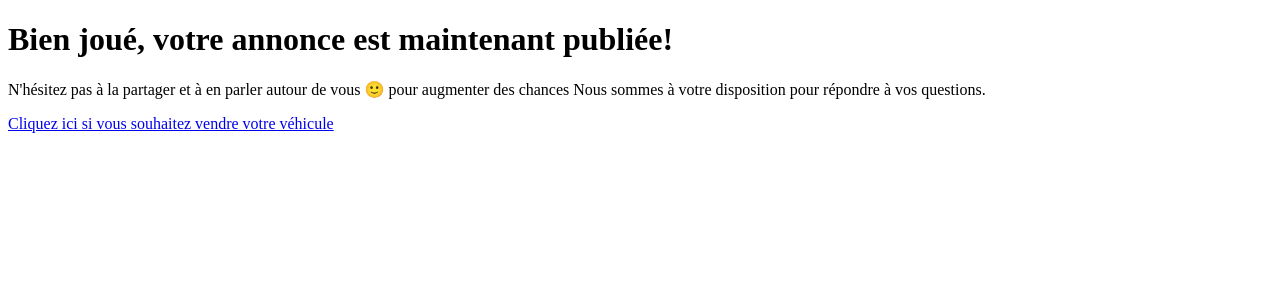
Repository: JonasvanHoorebeke/node_project_carforsale
Page: views/new.ejs
These files come from the project's save history. The page is drawn as it stood at one moment and after the next save; the edit follows.
The browser window is 1280 px wide. The pictures show the whole page.
The page is served by the project's Node server (app.js). The template is opened directly, without the code that normally fills it, so the values that code supplies are empty.

Above is the page before, as saved 2020-05-11 19:23:04.

After the next save:
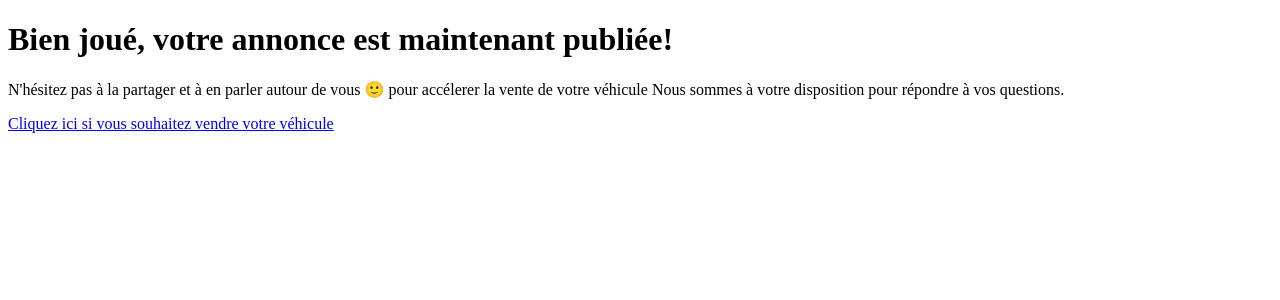
Saved 12 s later.
--- a/views/new.ejs
+++ b/views/new.ejs
@@ -5,7 +5,7 @@
     </head>
     <body>
         <h1>Bien joué, votre annonce est maintenant publiée!</h1>
-        <p>N'hésitez pas à la partager et à en parler autour de vous 🙂 pour augmenter des chances
+        <p>N'hésitez pas à la partager et à en parler autour de vous 🙂 pour accélerer la vente de votre véhicule
             Nous sommes à votre disposition pour répondre à vos questions.</p>
 <a href='/form'>Cliquez ici si vous souhaitez vendre votre véhicule</a>
     </body>
